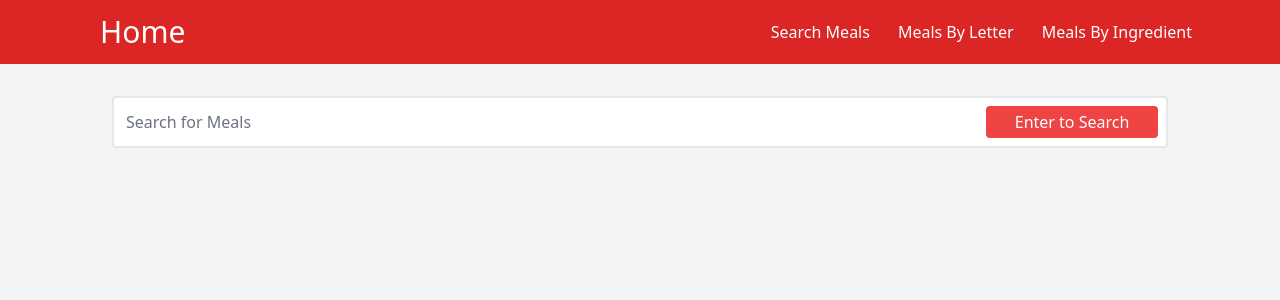
Repository: HalemX/meals
Page: /by-name
An editor plug-in stored every save of this project. The page is shown before and after the next save, followed by the edit.
The browser window is 1280 px wide. The pictures show the whole page.
The project was rebuilt for these pictures with package versions that can differ from the ones it lists, and the page was loaded fresh each time. Also part of the build but not shown: vite.config.js, src/pages/home/Home.vue, src/components/layout/GuestLayout.vue, src/components/ui/BaseButtons.vue, src/pages/meals/MealsByIngredient.vue, src/pages/meals/MealsByLetters.vue, src/components/meals_components/MealDetails.vue, src/pages/meals/AllIngredients.vue.

Above is the page before, as saved 2024-02-12 16:30:44.

### index.html
<!DOCTYPE html>
<html lang="en">
  <head>
    <meta charset="UTF-8" />
    <link rel="icon" type="image/svg+xml" href="/vite.svg" />
    <meta name="viewport" content="width=device-width, initial-scale=1.0" />
    <title>Vite + Vue</title>
  </head>
  <body class="bg-gray-100 h-full">
    <div id="app"></div>
    <script type="module" src="/src/main.js"></script>
  </body>
</html>

### src/main.js
import { createApp } from "vue";

import router from "./router";
import store from "./store";
import "./style.css";

import App from "./App.vue";

const app = createApp(App);
app.use(router);
app.use(store);

app.mount("#app");

### src/router/index.js
import { createRouter, createWebHistory } from "vue-router";

import Home from "../pages/home/Home.vue";

import DefaultLayout from "../components/layout/DefaultLayout.vue";
import GuestLayout from "../components/layout/GuestLayout.vue";

import MealsByIngredient from "../pages/meals/MealsByIngredient.vue";
import MealsByLetters from "../pages/meals/MealsByLetters.vue";
import MealsByName from "../pages/meals/MealsByName.vue";
import MealDetails from "../components/meals_components/MealDetails.vue";
import AllIngredients from "../pages/meals/AllIngredients.vue";

const routes = [
  {
    path: "/",
    component: DefaultLayout,
    children: [
      {
        path: "/",
        name: "home",
        component: Home,
      },
      {
        path: "/by-letter/:letter?",
        name: "byLetter",
        component: MealsByLetters,
      },
      {
        path: "/by-name/:name?",
        name: "byName",
        component: MealsByName,
      },
      {
        path: "/ingredients",
        name: "ingredients",
        component: AllIngredients,
      },
      {
        path: "/by-ingredient/:ingredient",
        name: "byIngredient",
        component: MealsByIngredient,
      },
      {
        path: "/meal/:id",
        name: "mealDetails",
        component: MealDetails,
      },
    ],
  },
  {
    path: "/guest",
    component: GuestLayout,
    children: [],
  },
];

const router = createRouter({
  history: createWebHistory(),
  routes,
});

export default router;

### src/store/index.js
import { createStore } from "vuex";

import mealsModule from "./modules/meals/index";

const store = createStore({
  modules: {
    mealsModule,
  },
});

export default store;

### src/App.vue
<template>
  <router-view v-slot="slotProps">
    <transition name="route" mode="out-in">
      <component :is="slotProps.Component"></component>
    </transition>
  </router-view>
</template>

<style scoped>
.route-enter-from {
  opacity: 0;
  transform: translateY(-30px);
}
.route-leave-to {
  opacity: 0;
  transform: translateY(30px);
}
.route-enter-active {
  transition: all 0.4s ease-out;
}
.route-enter-active {
  transition: all 0.4s ease-in;
}
.route-enter-to,
.route-leave-from {
  opacity: 1;
  transform: translateY(0);
}
</style>

### src/components/layout/DefaultLayout.vue
<template>
  <div>
    <navbar />
    <main>
      <router-view v-slot="slotProps">
        <transition name="route" mode="out-in">
          <component :is="slotProps.Component"></component>
        </transition>
      </router-view>
    </main>
  </div>
</template>

<script>
import Navbar from "./Navbar.vue";
export default {
  components: {
    Navbar,
  },
};
</script>

<style>
.route-enter-from {
  opacity: 0;
  transform: translateY(-30px);
}
.route-leave-to {
  opacity: 0;
  transform: translateY(30px);
}
.route-enter-active {
  transition: all 0.4s ease-out;
}
.route-enter-active {
  transition: all 0.4s ease-in;
}
.route-enter-to,
.route-leave-from {
  opacity: 1;
  transform: translateY(0);
}
</style>

### src/pages/meals/MealsByName.vue
<template>
  <div class="lg:mx-20">
    <div class="p-8 pb-0">
      <form
        class="rounded border-2 border-gray-200 bg-white flex flex-col sm:flex-row"
      >
        <input
          type="text"
          class="w-full rounded border-2 border-gray-200"
          placeholder="Search for Meals"
          v-model.trim="enterName"
          @change="searchMealsByName"
        />
        <button
          @click="searchMealsByName"
          class="sm:w-[30%] md:w-[20%] sm:mb-2 mx-2 transition ease-in-out delay-150 sm:mt-2 border-[#ef4444] bg-[#ef4444] hover:scale-105 hover:bg-[#f87171] duration-300 text-white py-1 rounded"
        >
          Enter to Search
        </button>
      </form>
    </div>
    <meals-item v-if="!emptyEnter" :meals="mealsByName"></meals-item>
    <p v-else class="text-[#ff0000] mt-2 px-8">Must Enter Name of Meal!</p>
  </div>
</template>

<script>
import { computed, onMounted, ref } from "vue";
import { useStore } from "vuex";
import { useRoute } from "vue-router";
import MealsItem from "../../components/meals_components/MealsItem.vue";

export default {
  components: {
    MealsItem,
  },
  setup() {
    const enterName = ref("");
    const emptyEnter = ref(false);

    const store = useStore();

    const mealsByName = computed(() => {
      return store.getters.getSearchMealsByName;
    });

    function searchMealsByName() {
      if (enterName.value) {
        store.dispatch("searchMealsByName", enterName.value);
        emptyEnter.value = false;
      } else {
        emptyEnter.value = true;
      }
    }

    const rout = useRoute();
    onMounted(() => {
      enterName.value = rout.params.name;
      if (enterName.value) {
        searchMealsByName();
      }
    });

    return { searchMealsByName, mealsByName, enterName, emptyEnter };
  },
};
</script>

<style scoped>
input {
  transition: 0.3s;
  caret-color: #dc2626;
  flex-grow: 2;
  border: none;
}
input:focus {
  outline: none !important;
  border-color: transparent !important;
  box-shadow: none !important;
}
</style>

### src/store/modules/meals/index.js
import mutations from "./mutations";
import actions from "./actions";
import getters from "./getters";

export default {
  state() {
    return {
      searchMealsByName: [],
      searchMealsByLetter: [],
      searchMealsByIng: [],
    };
  },
  mutations,
  actions,
  getters,
};

### src/components/layout/Navbar.vue
<template>
  <div class="bg-[#dc2626]">
    <header
      class="text-white shadow h-16 flex justify-between items-stretch bg-[#dc2626] md:mx-20"
    >
      <router-link
        class="text-3xl inline-flex items-center h-full px-5"
        :to="{ name: 'home' }"
        >Home</router-link
      >
      <div class="flex items-center gap-3">
        <router-link
          class="inline-flex items-center px-2 h-full transition-colors hover:bg-[#ef4444]"
          :to="{ name: 'byName' }"
          >Search Meals</router-link
        >
        <router-link
          class="inline-flex items-center px-2 h-full transition-colors hover:bg-[#f87171]"
          :to="{ name: 'byLetter' }"
          >Meals By Letter</router-link
        >
        <router-link
          class="inline-flex items-center px-2 h-full transition-colors hover:bg-[#f87171]"
          :to="{ name: 'ingredients' }"
          >Meals By Ingredient</router-link
        >
      </div>
    </header>
  </div>
</template>

<script>
export default {};
</script>

<style scoped>
header {
  box-shadow: none !important;
}
</style>

### src/components/meals_components/MealsItem.vue
<template>
  <div class="grid grid-cols-1 md:grid-cols-3 gap-5 p-8">
    <div
      v-for="meal of meals"
      :key="meal.idMeal"
      class="bg-white shadow rounded-xl"
    >
      <router-link :to="{ name: 'mealDetails', params: { id: meal.idMeal } }">
        <img
          :src="meal.strMealThumb"
          :alt="meal.strMeal"
          class="rounded-t-xl w-full h-48 object-cover"
        />
      </router-link>
      <div class="p-3">
        <h3 class="font-bold">{{ meal.strMeal }}</h3>
        <p class="mb-4">
          Lorem ipsum dolor sit, amet consectetur adipisicing elit. Repellendus
          dicta saepe.
        </p>
      </div>
      <div class="flex items-center justify-between">
        <base-buttons :href="meal.strYoutube"></base-buttons>
      </div>
    </div>
  </div>
</template>

<script>
import BaseButtons from "../ui/BaseButtons.vue";

export default {
  components: {
    BaseButtons,
  },
  props: ["meals"],
};
</script>

### src/axiosClient.js
import axios from "axios";

const axiosClient = axios.create({
  baseURL: import.meta.env.VITE_API_BASE_URL,
});

export default axiosClient;

### src/store/modules/meals/mutations.js
export default {
  setSearchMealsByName(state, meals) {
    state.searchMealsByName = meals;
  },
  setSearchMealsByLetter(state, meals) {
    state.searchMealsByLetter = meals;
  },
  setSearchMealsByIng(state, meals) {
    state.searchMealsByIng = meals;
  },
};

### src/store/modules/meals/actions.js
import axiosClient from "../../../axiosClient";

export default {
  async searchMealsByName(context, enterName) {
    const response = await axiosClient.get(`search.php?s=${enterName}`);

    const responseData = await response.data;

    context.commit("setSearchMealsByName", responseData.meals);
  },

  async searchMealsLetter(context, letter) {
    const response = await axiosClient.get(`search.php?f=${letter}`);

    const responseData = await response.data;

    context.commit("setSearchMealsByLetter", responseData.meals);
  },

  async searchMealsByIng(context, enterIng) {
    const response = await axiosClient.get(`filter.php?i=${enterIng}`);

    const responseData = await response.data;

    context.commit("setSearchMealsByIng", responseData.meals);
  },

  //   async fetchMeals(context) {
  //     const response = await fetch(
  //       "https://www.themealdb.com/api/json/v1/1/search.php?s=Arrabiata"
  //     );
  //     const responseData = await response.json();
  //     if (!response.ok) {
  //       const error = new Error(responseData.message || "Failed to fetch Meals");
  //       throw error;
  //     }
  //     // console.log(responseData.meals);
  //     // const meals = [];
  //     // for (const key in responseData) {
  //     //   const request = {
  //     //     id: key,
  //     //     coachId: coachId,
  //     //     userEmail: responseData[key].userEmail,
  //     //     message: responseData[key].message,
  //     //   };
  //     //   requests.push(request);
  //     // }
  //     context.commit("setMeals", responseData.meals.slice(0, 5));
  //   },
};

### src/store/modules/meals/getters.js
export default {
  getSearchMealsByName(state) {
    return state.searchMealsByName;
  },
  getSearchMealsByLetter(state) {
    return state.searchMealsByLetter;
  },
  getSearchMealsByIng(state) {
    return state.searchMealsByIng;
  },
};

### tailwind.config.js
/** @type {import('tailwindcss').Config} */
export default {
  content: ["./index.html", "./src/**/*.{vue,js,ts,jsx,tsx}"],
  theme: {
    extend: {},
  },
  plugins: [
    require("@tailwindcss/forms"),
    // ...
  ],
};

Loaded but not shown: src/style.css (common file)

After the next save:
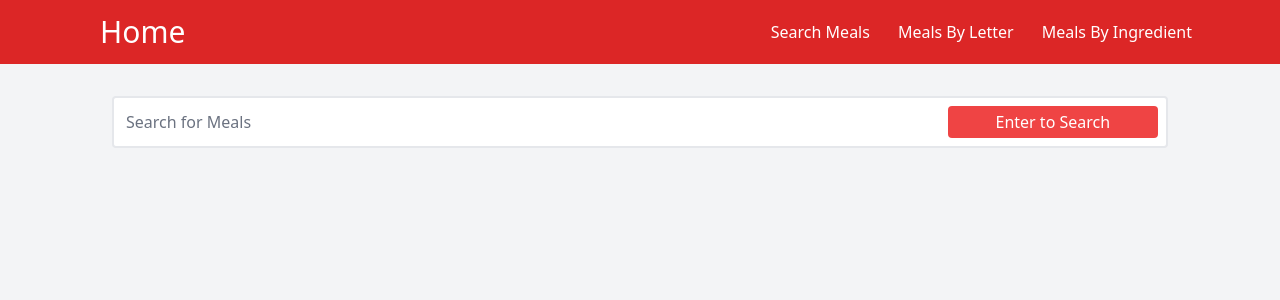
Saved 18 s later.
--- a/src/pages/meals/MealsByName.vue
+++ b/src/pages/meals/MealsByName.vue
@@ -6,7 +6,7 @@
       >
         <input
           type="text"
-          class="w-full rounded border-2 border-gray-200"
+          class="rounded border-2 border-gray-200"
           placeholder="Search for Meals"
           v-model.trim="enterName"
           @change="searchMealsByName"
